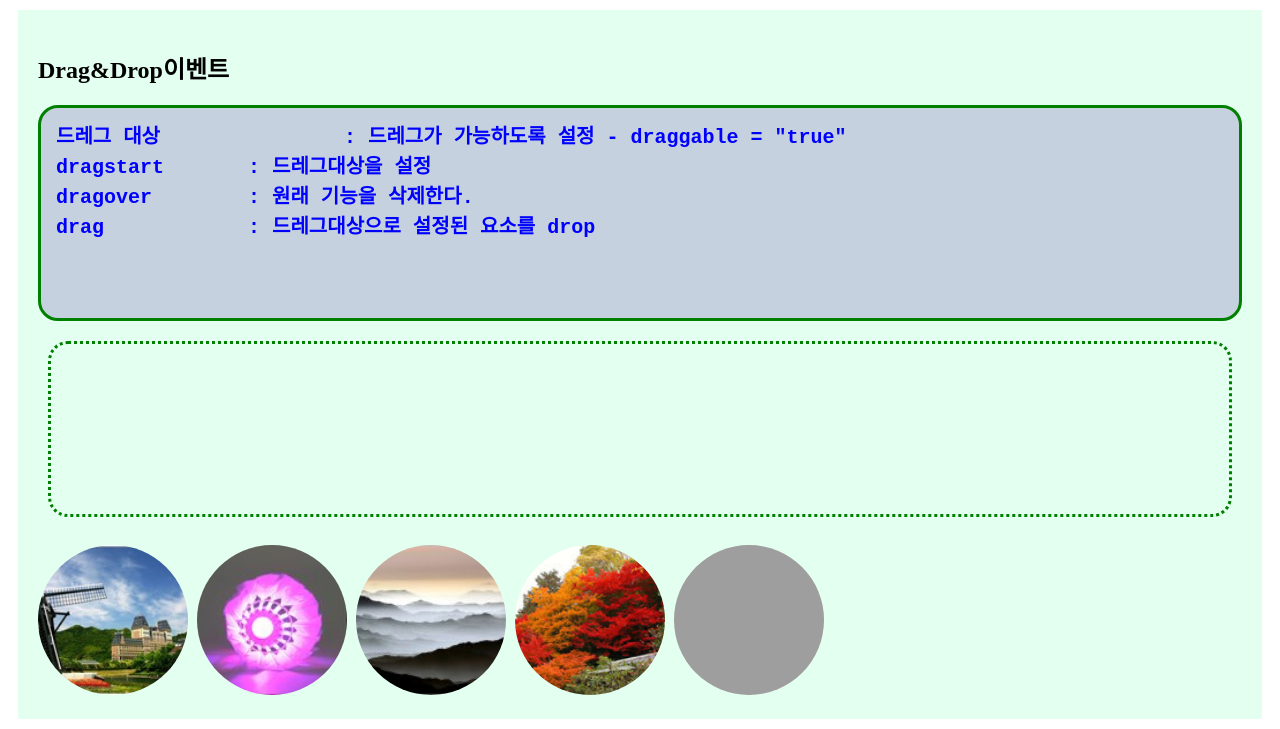
Repository: ypyp0205/jquery
Page: jqpro/WebContent/0205/drag_drop.html
These files come from the project's save history. The page is drawn as it stood at one moment and after the next save; the edit follows.
The browser window is 1280 px wide. The pictures show the whole page.
Pictures or frames that could not be fetched are drawn as grey boxes.

Above is the page before, as saved 2020-02-05 06:43:32.

After the next save:
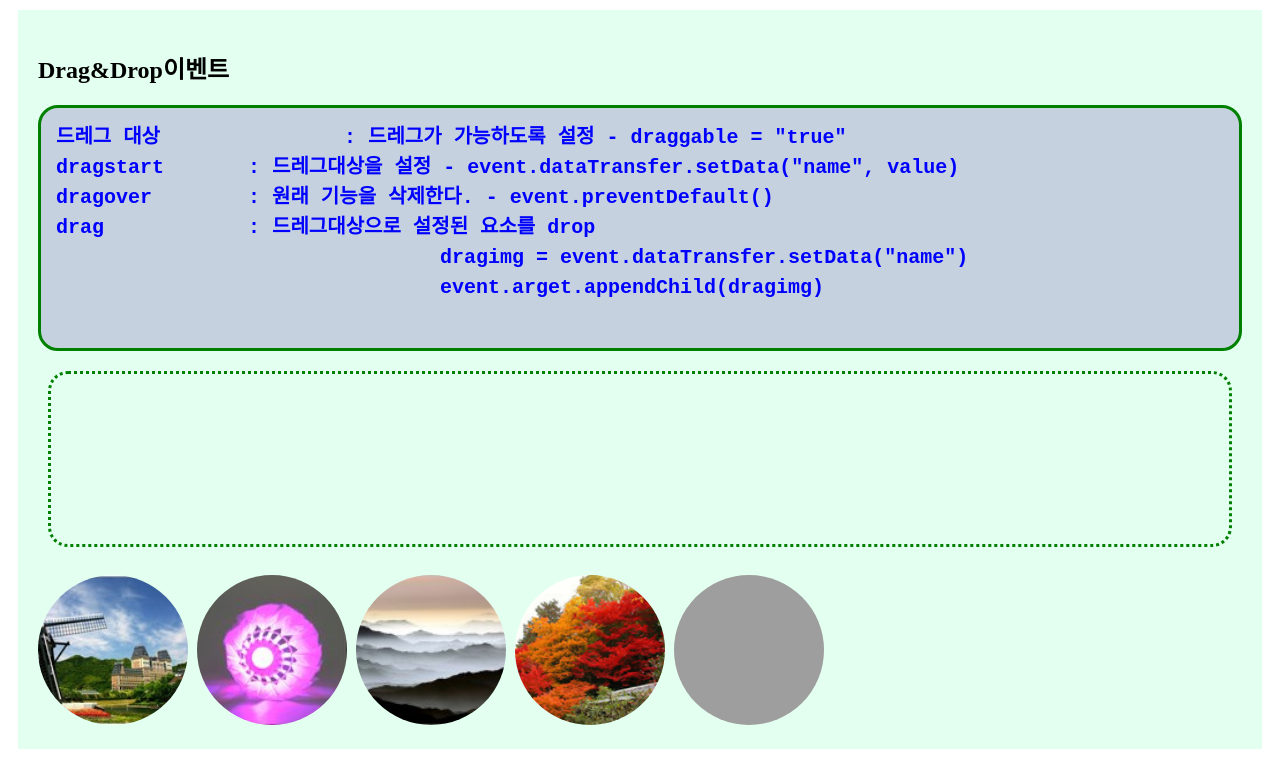
Saved 6 min 27 s later.
--- a/jqpro/WebContent/0205/drag_drop.html
+++ b/jqpro/WebContent/0205/drag_drop.html
@@ -52,14 +52,15 @@ img {
 </head>
 <body>
 
-	<div class="box" >
+	<div class="box" id="result1" ondragover="overProc()" ondrop="dropProc()">
 		<h2>Drag&Drop이벤트</h2>
 <pre>
 드레그 대상 		: 드레그가 가능하도록 설정 - draggable = "true"
-dragstart	: 드레그대상을 설정
-dragover	: 원래 기능을 삭제한다.
+dragstart	: 드레그대상을 설정 - event.dataTransfer.setData("name", value)
+dragover	: 원래 기능을 삭제한다. - event.preventDefault()
 drag		: 드레그대상으로 설정된 요소를 drop
-
+				dragimg = event.dataTransfer.setData("name")
+				event.arget.appendChild(dragimg)
 		</pre>
 
 
